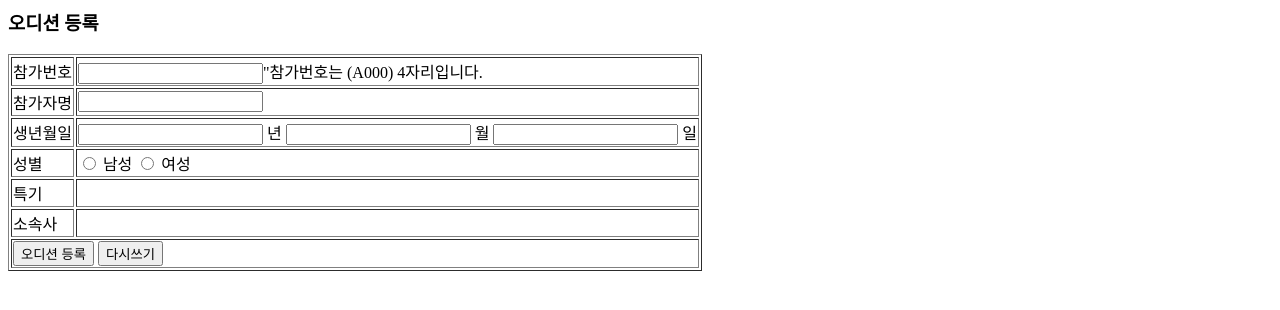
Repository: JQWJ/oudition_jsp
Page: http://localhost/oudition_pro/action/insert_oudition.jsp
These files come from the project's save history. The page is drawn as it stood at one moment and after the next save; the edit follows.
The browser window is 1280 px wide. The pictures show the whole page.
The page is served by Tomcat 9.

Above is the page before, as saved 2020-12-09 05:26:13.

### oudition_pro/WebContent/action/insert_oudition.jsp
<%@ page language="java" contentType="text/html; charset=UTF-8"
    pageEncoding="UTF-8"%>
<h3>오디션 등록</h3>

<form action="action/insert_oudition">
	<table border="1">
		<tr>
			<td>참가번호</td>
			<td><input type="text" name="artist_id">"참가번호는 (A000) 4자리입니다.</td>
		</tr>
		<tr>
			<td>참가자명</td>
			<td><input type="text" name="artist_name"></td>
		</tr>
		<tr>
			<td>생년월일</td>
			<td>
				<input type="number" name="artist_birth_year"> 년
				<input type="number" name="artist_birth_month"> 월
				<input type="number" name="artist_birth_day"> 일
			</td>
		</tr>
		<tr>
			<td>성별</td>
			<td>
				<input type="radio" name="artist_gender" value="M"> 남성
				<input type="radio" name="artist_gender" value="F"> 여성
			</td>
		</tr>
		<tr>
			<td>특기</td>
			<td></td>
		</tr>
		<tr>
			<td>소속사</td>
			<td></td>
		</tr>
		<tr>
			<td colspan="2">
				<input type="button" value="오디션 등록">
				<input type="button" value="다시쓰기">
			</td>
		</tr>
	</table>
</form>

After the next save:
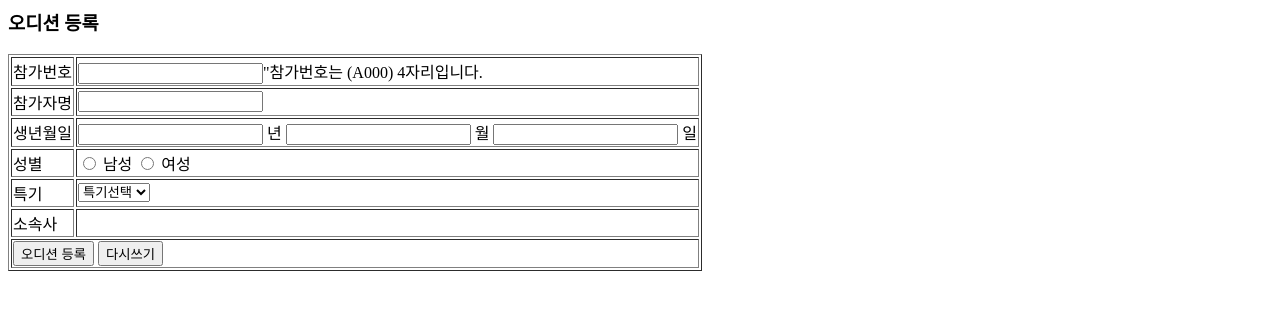
Saved 46 s later.
--- a/oudition_pro/WebContent/action/insert_oudition.jsp
+++ b/oudition_pro/WebContent/action/insert_oudition.jsp
@@ -29,7 +29,14 @@
 		</tr>
 		<tr>
 			<td>특기</td>
-			<td></td>
+			<td>
+				<select name="talent">
+				<option value="0">특기선택</option>
+				<option value="0">특기선택</option>
+				<option value="0">특기선택</option>
+				<option value="0">특기선택</option>
+				</select>
+			</td>
 		</tr>
 		<tr>
 			<td>소속사</td>
